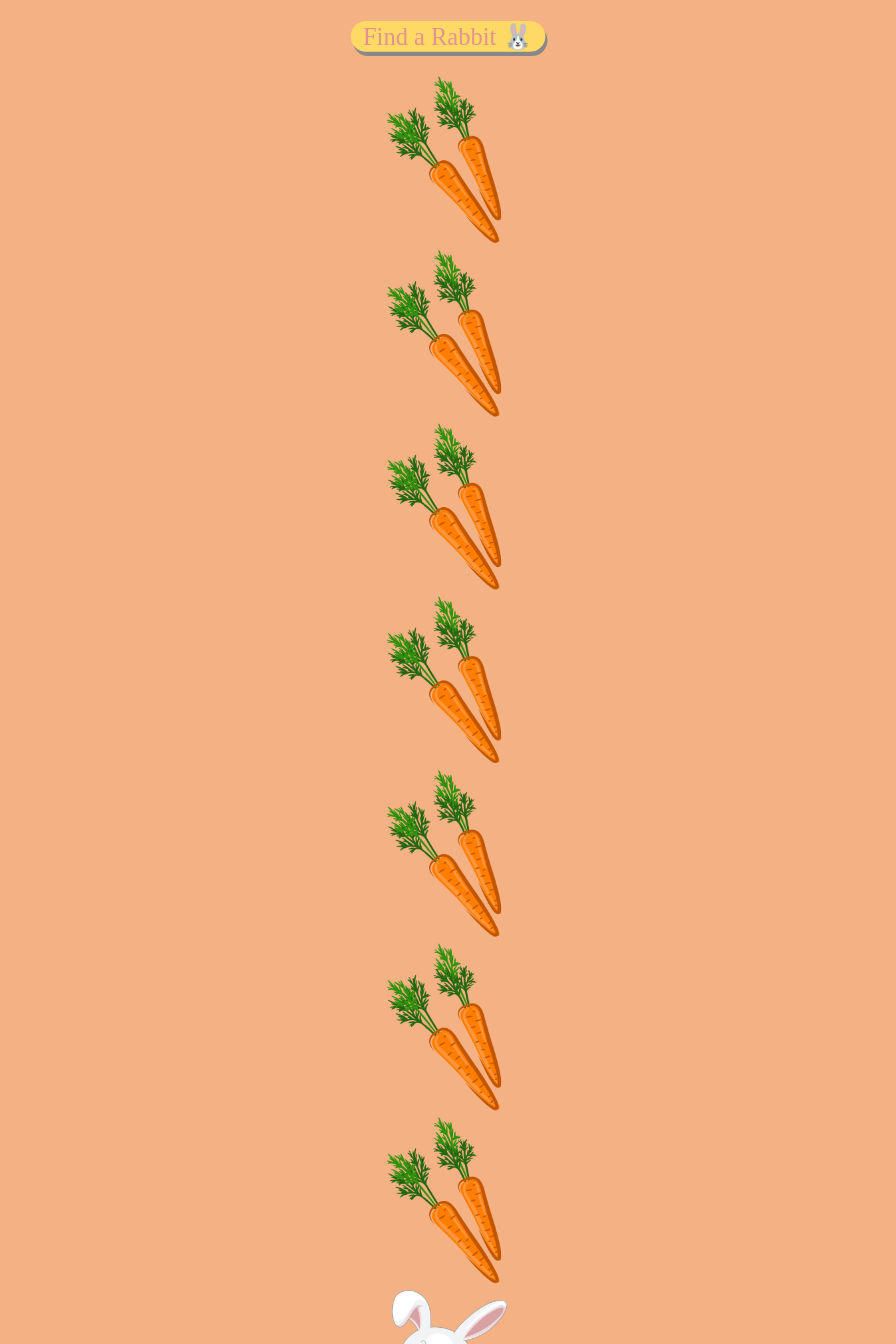
Repository: sephinejo/frontend-browser-101
Page: browser/practice-find-rabbit/index.html
An editor plug-in stored every save of this project. The page is shown before and after the next save, followed by the edit.
The browser window is 1280 px wide. The pictures show the part of the page from y = 0 to 1920 px (the page is 3045 px tall before and 2925 px after), at 70% of full size.
Some web fonts or font styles are not loaded; a fallback is used.

Above is the page before, as saved 2023-05-10 21:31:35.

### browser/practice-find-rabbit/index.html
<!DOCTYPE html>
<html lang="en">
  <head>
    <meta charset="UTF-8" />
    <meta name="viewport" content="width=device-width, initial-scale=1.0" />
    <title>Find a Rabbit 🐰</title>
    <link rel="preconnect" href="https://fonts.googleapis.com" />
    <link rel="preconnect" href="https://fonts.gstatic.com" crossorigin />
    <link
      href="https://fonts.googleapis.com/css2?family=Alice&display=swap"
      rel="stylesheet"
    />
    <style>
      body {
        margin: 0;
        display: flex;
        flex-direction: column;
        align-items: center;
        background-color: #f4b183;
      }

      button {
        border-style: none;
        border-radius: 1.4rem;
        margin: 30px 0;
        padding: 1.5px 18px;
        background-color: #ffd966;
        color: #e49393;
        font-size: 35px;
        font-family: Alice;
        box-shadow: 3px 6px #888888;
      }

      button:hover {
        transform: scale(1.2);
      }

      img {
        margin: 5px;
        width: 175px;
      }
    </style>
  </head>
  <body>
    <button>Find a Rabbit 🐰</button>
    <img src="img/carrot.png" alt="carrot" />
    <img src="img/carrot.png" alt="carrot" />
    <img src="img/carrot.png" alt="carrot" />
    <img src="img/carrot.png" alt="carrot" />
    <img src="img/carrot.png" alt="carrot" />
    <img src="img/carrot.png" alt="carrot" />
    <img src="img/carrot.png" alt="carrot" />
    <img class="rabbit" src="img/rabbit.png" alt="rabbit" />
    <img src="img/carrot.png" alt="carrot" />
    <img src="img/carrot.png" alt="carrot" />
    <img src="img/carrot.png" alt="carrot" />
    <img src="img/carrot.png" alt="carrot" />

    <script>
      const btn = document.querySelector('button');
      const rabbit = document.querySelector('.rabbit');
      btn.addEventListener('click', (e) => {
        rabbit.scrollIntoView({
          behavior: 'smooth',
          block: 'center',
          inline: 'nearest',
        });
      });
    </script>
  </body>
</html>

After the next save:
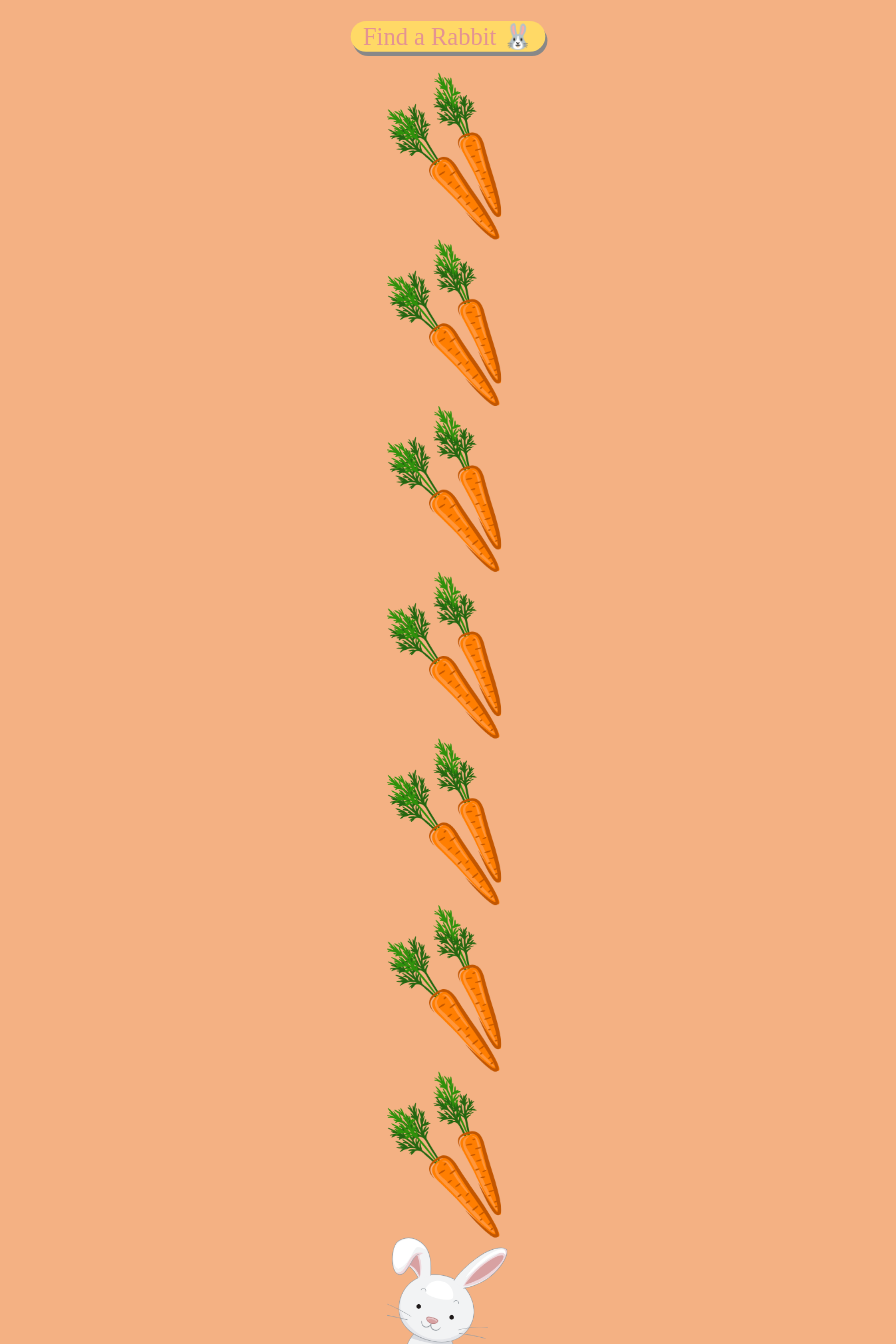
Saved 36 s later.
--- a/browser/practice-find-rabbit/index.html
+++ b/browser/practice-find-rabbit/index.html
@@ -36,7 +36,8 @@
       }
 
       img {
-        margin: 5px;
+        display: block;
+        margin: auto;
         width: 175px;
       }
     </style>
